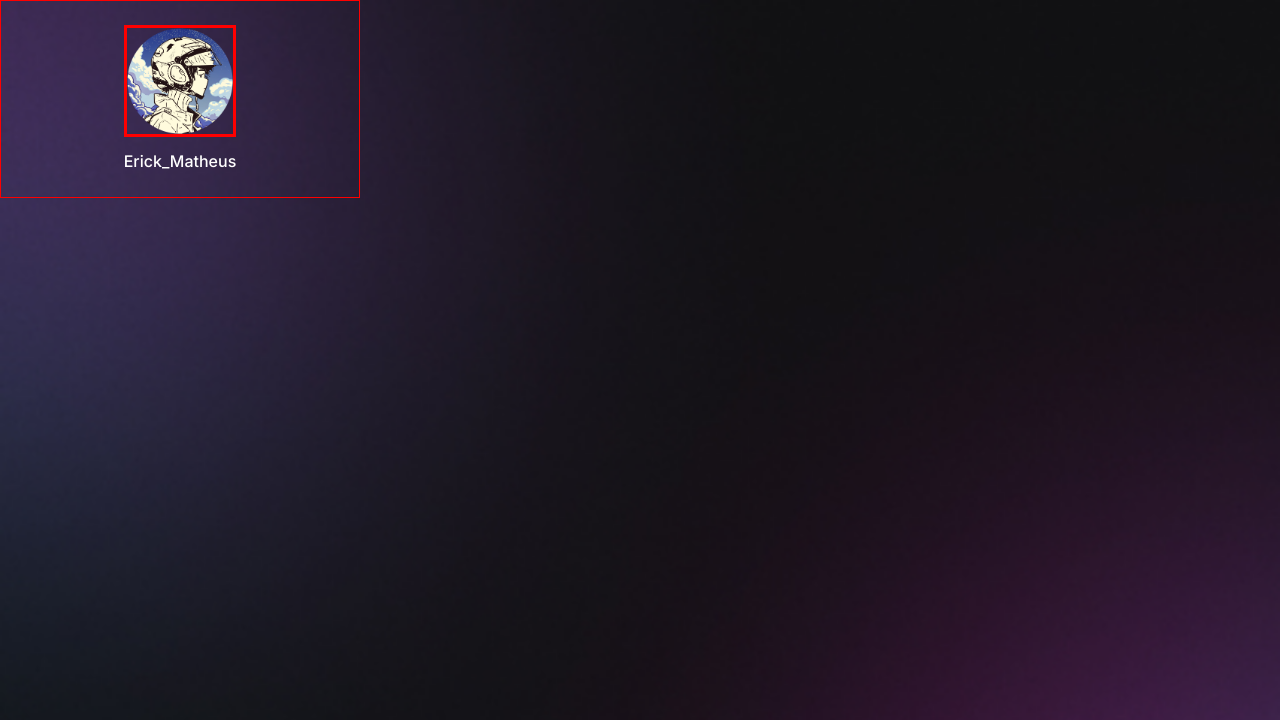
Repository: e-rickmatheus/project_dev_links
Page: index.html
The author's editor kept a copy of each file at every save. The page is drawn from the files as they stood at one save, then again after a run of saves.
The browser window is 1280 px wide. The pictures show the whole page.

Above is the page before, as saved 2025-04-02 18:05:24.

### index.html
<!DOCTYPE html>
<html lang="pt-BR">
<head>

<link rel="preconnect" href="https://fonts.googleapis.com">
<link rel="preconnect" href="https://fonts.gstatic.com" crossorigin>
<link href="https://fonts.googleapis.com/css2?family=Inter:wght@400;500&display=swap" rel="stylesheet">
  <meta charset="UTF-8">
  <meta name="viewport" content="width=device-width, initial-scale=1.0">
  <title>DEV.Links</title>
  <link rel="stylesheet" href="./style.css">
  <a></a>
</head>
<body>

  <div id="container">
    <div id="profile">
      <img id="avatar" src="./assets/avatar-pilot-day.png" alt="avatar-light">
      <p>Erick_Matheus</p>
    </div>
  </div>

</body>
</html>

### style.css
* {
  margin: 0;
  padding: 0;
  box-sizing: border-box;
}

body {
  /*
  background-image: url(./assets/bg-mobile.jpg);
  background-repeat: no-repeat;
  background-position: top center;
  background-size: cover;
  */

  /* background: color image repeat position/sizer */
  background: url(./assets/bg-mobile.jpg) no-repeat top center/cover;
}

body * {
  font-family: 'Inter', sans-serif;
  color: #ffffff

}

#container {
  width:  360px;
  border: 1px solid red;
  margin: 56
}

#profile {
  text-align: center;
  padding: 24px;
}

#profile img {
  width: 112px;
  border: 3px solid rgb(255, 0, 0);
}

#profile p {
  font-weight: 500;
  line-height: 24px;
  margin-top: 8px;
}

After the next 9 saves:
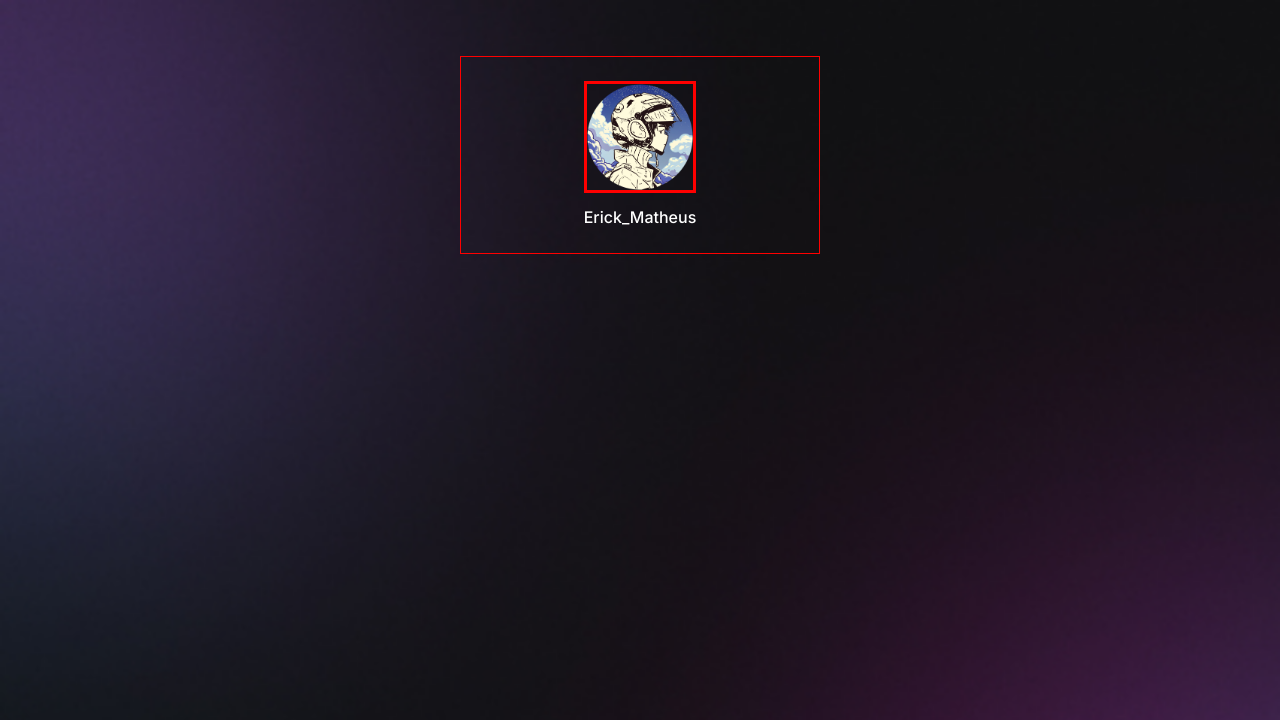
The 9 saves are shown as one change because they came seconds apart.
The last was saved 16 s later.
--- a/style.css
+++ b/style.css
@@ -25,7 +25,7 @@ body * {
 #container {
   width:  360px;
   border: 1px solid red;
-  margin: 56
+  margin: 56px auto 0px;
 }
 
 #profile {
